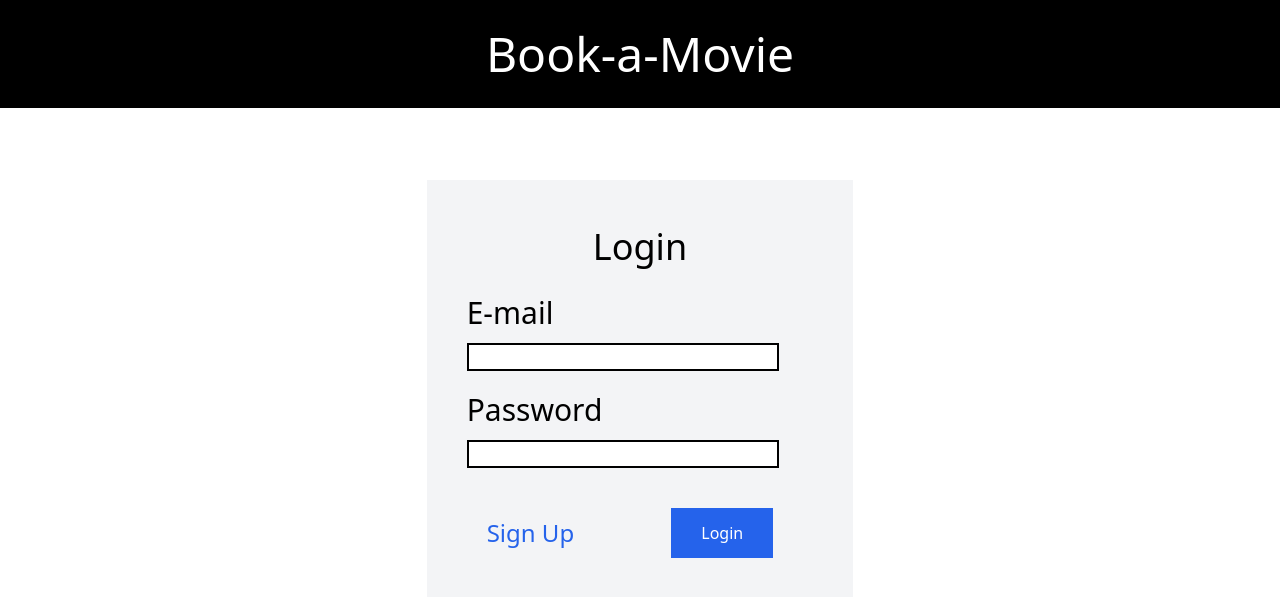
Repository: BhumilModi/movie-booking-app-assignment
Page: /
These files come from the project's save history. The page is drawn as it stood at one moment and after the next save; the edit follows.
The browser window is 1280 px wide. The pictures show the whole page.
The project was rebuilt for these pictures with package versions that can differ from the ones it lists, and the page was loaded fresh each time. Also part of the build but not shown: src/App.css, src/components/Sidebar.jsx, src/components/Home.jsx, src/components/SignUp.jsx.

Above is the page before, as saved 2022-11-29 19:07:41.

### src/App.js
import { BrowserRouter, Route, Routes } from 'react-router-dom';
import './App.css';
import Home from './components/Home';
import Login from './components/Login';
import SignUp from './components/SignUp';
function App() {

  return (
    <BrowserRouter>
      <Routes>
        <Route path='/' element={<Login />} />
        <Route path='/signUp' element={<SignUp />} />
        <Route path='/Home' element={<Home />} />
      </Routes>
    </BrowserRouter>
  );
}

export default App;

### src/components/Login.jsx
import React from "react";
import {Link, useNavigate} from "react-router-dom";
import Navbar from "./Navbar";

function Login() {
  const navigate = useNavigate();
  return (
    <div className="flex flex-col justify-center items-center">
      <Navbar />
      <div className="h-[60vh] bg-gray-100 w-1/3 my-[10vh] flex flex-col p-[40px]">
        <div className="text-[36px] mx-auto">Login</div>
        <div className="text-[30px] mt-4 mb-2">E-mail</div>
        <input type="text" className="w-[90%] border-2 border-black" />
        <div className="text-[30px] mt-4 mb-2">Password</div>
        <input type="password" className="w-[90%] border-2 border-black" />
        <div className="flex justify-between items-center mt-10 mr-10">
          {/* <p className="text-[24px] ml-5 text-blue-600 cursor-pointer">
            Sign-Up
          </p> */}
          <Link
            to="signUp"
            className="text-[24px] ml-5 text-blue-600 cursor-pointer"
          >
            Sign Up
          </Link>
          <button
            className="bg-blue-600 w-1/3 h-[50px] text-white"
            onClick={() => navigate("/Home")}
          >
            Login
          </button>
        </div>
      </div>
    </div>
  );
}

export default Login;

### src/components/Navbar.jsx
import React from "react";

function Navbar() {
  return (
    <div className="h-[15vh] bg-black flex justify-center items-center w-full">
      <div className="text-white text-[48px]">Book-a-Movie</div>
    </div>
  );
}

export default Navbar;

Loaded but not shown: public/index.html (common file); src/index.js (common file); src/index.css (common file); tailwind.config.js (common file)

After the next save:
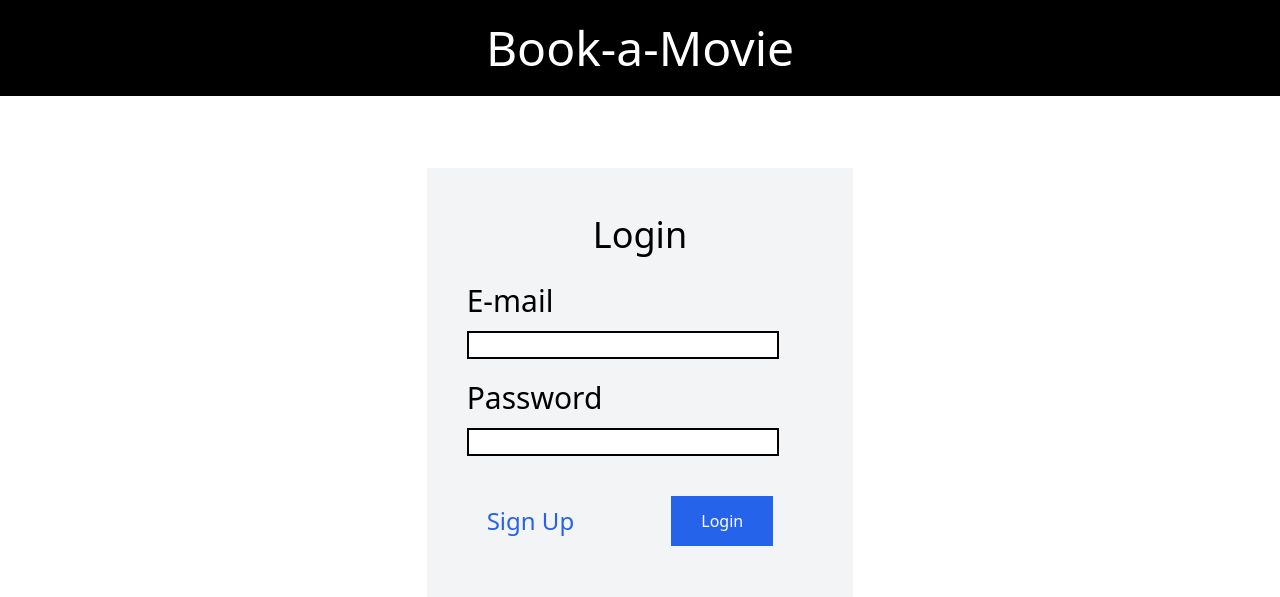
Saved 15 s later.
--- a/src/components/Navbar.jsx
+++ b/src/components/Navbar.jsx
@@ -2,7 +2,7 @@ import React from "react";
 
 function Navbar() {
   return (
-    <div className="h-[15vh] bg-black flex justify-center items-center w-full">
+    <div className="h-24 bg-black flex justify-center items-center w-full">
       <div className="text-white text-[48px]">Book-a-Movie</div>
     </div>
   );
